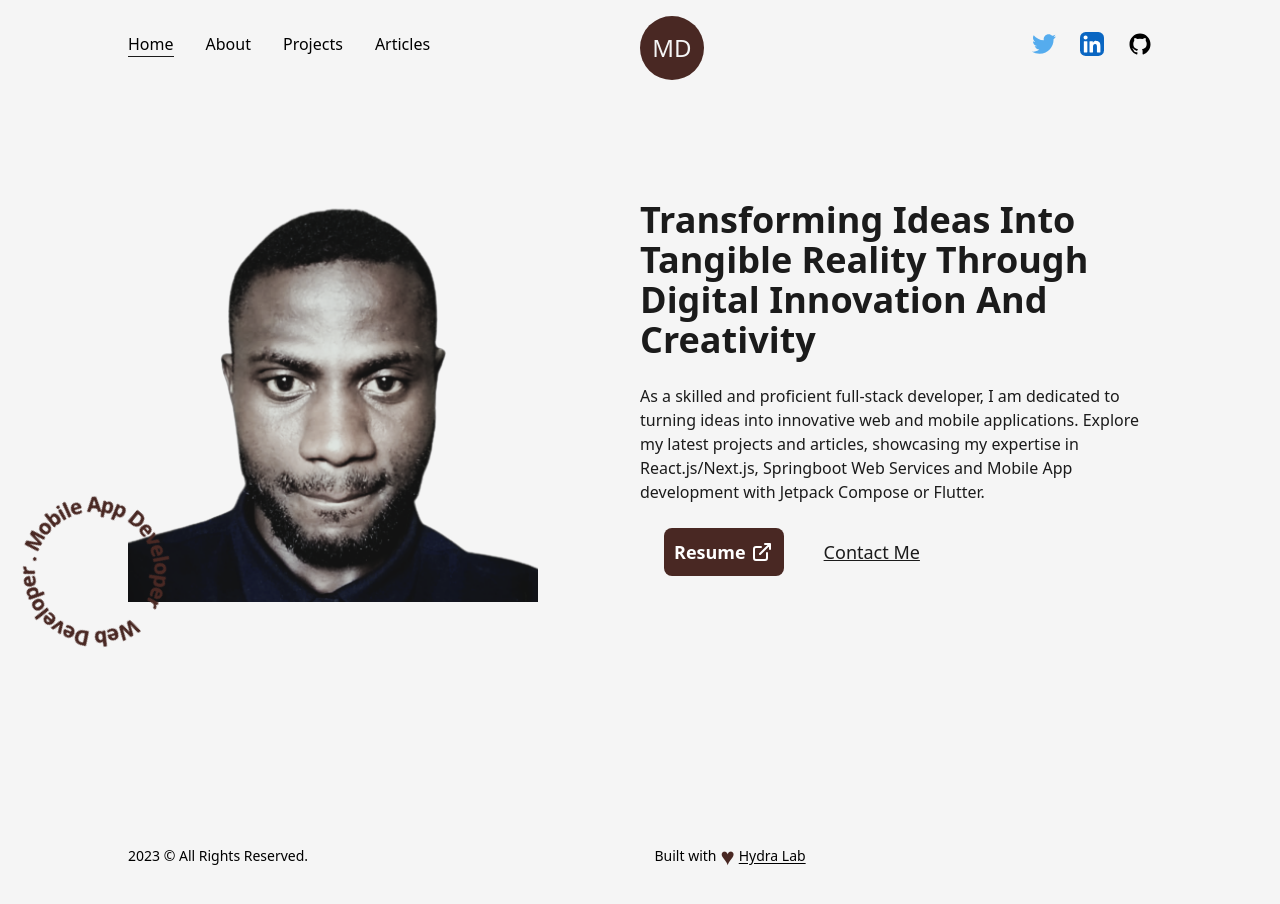
Repository: marcusdashe/situs
Page: /
An editor plug-in stored every save of this project. The page is shown before and after the next save, followed by the edit.
The browser window is 1280 px wide. The pictures show the whole page.
The project was rebuilt for these pictures with package versions that can differ from the ones it lists, and the page was loaded fresh each time. The framework's server and built-in components were replaced by stand-ins that run in the browser.

Above is the page before, as saved 2023-06-16 18:12:30.

### src/pages/_app.js
import Footer from "@/components/Footer";
import Navbar from "@/components/Navbar";
import "@/styles/globals.css";
import Head from "next/head";
// import { IBM_Plex_Sans } from "next/font/google";

// const ibm = IBM_Plex_Sans({
//   subsets: ["latin"],
//   variable: "--font-mont",
// });

export default function App({ Component, pageProps }) {
  return (
    <>
      <Head>
        <meta name="viewport" content="width=device-width, initial-scale=1" />
        <link rel="icon" href="/favicon.ico" />
      </Head>
      <main className={`  bg-light w-full min-h-screen`}>
        <Navbar />
        <Component {...pageProps} />
        <Footer />
      </main>
    </>
  );
}

### src/components/Footer.jsx
import React from "react";
import Layout from "./Layout";
import Link from "next/link";

const Footer = () => {
  return (
    <footer className="w-full border-t-1 border-solid border-primaryDark font-medium text-sm ">
      <Layout className="py-8 flex items-center justify-between">
        <span>{new Date().getFullYear()} &copy; All Rights Reserved.</span>
        <div className="flex items-center">
          Built with{" "}
          <span className="text-primaryDark text-2xl px-1">&hearts;</span>
          <Link href="/" className="underline underline-offset-2">
            Hydra Lab
          </Link>
        </div>
        <Link href="/"></Link>
      </Layout>
    </footer>
  );
};

export default Footer;

### src/components/Navbar.jsx
import React from "react";
import { useRouter } from "next/router";
import Link from "next/link";
import Logo from "./Logo";
import { TwitterIcon, GithubIcon, LinkedInIcon } from "./Icons";
import { motion } from "framer-motion";

const CustomLink = ({ href, title, className = "" }) => {
  const router = useRouter();

  return (
    <Link href={href} className={`${className} relative group`}>
      {title}
      <span
        className={`h-[1px] inline-block bg-dark absolute left-0 -bottom-0.5 group-hover:w-full transition-[width] ease duration-300 ${
          router.asPath === href ? "w-full" : "w-0"
        }`}
      >
        &nbsp;
      </span>
    </Link>
  );
};

const Navbar = () => {
  return (
    <header
      className="w-full px-32 py-8 font-medium
            flex items-center justify-between"
    >
      <nav>
        <CustomLink href="/" title="Home" className="mr-4" />
        <CustomLink href="/about" title="About" className="mx-4" />
        <CustomLink href="/projects" title="Projects" className="mx-4" />
        <CustomLink href="/articles" title="Articles" className="ml-4" />
      </nav>

      <nav className="flex items-center justify-center flex-wrap">
        <motion.a
          href="https://www.twitter.com/marcusdashe"
          target={"_blank"}
          whileHover={{
            y: -2,
          }}
          whileTap={{ scale: 0.9 }}
          className="w-6 mx-3"
        >
          <TwitterIcon className="" />
        </motion.a>
        <motion.a
          href="https://www.linkedin.com/in/marcus-dashe-15a088202"
          target={"_blank"}
          whileHover={{
            y: -2,
          }}
          whileTap={{ scale: 0.9 }}
          className="w-6 mx-3"
        >
          <LinkedInIcon />
        </motion.a>
        <motion.a
          href="https://www.github.com/marcusdashe"
          target={"_blank"}
          whileHover={{
            y: -2,
          }}
          whileTap={{ scale: 0.9 }}
          className="w-6 ml-3"
        >
          <GithubIcon />
        </motion.a>
      </nav>
      <div className="absolute left-[50%] top-2 translate-x-[-50]">
        <Logo />
      </div>
    </header>
  );
};

export default Navbar;

### src/styles/globals.css
@import url("https://fonts.googleapis.com/css2?family=IBM+Plex+Sans:ital,wght@0,100;0,200;0,300;1,100;1,200&family=Inter:wght@300;400;500;600;700;800;900&display=swap");

@tailwind base;
@tailwind components;
@tailwind utilities;

### src/components/Layout.jsx
import React from "react";

const Layout = ({ children, className = "" }) => {
  return (
    <div className={`${className} w-full inline-block z-0 bg-light p-32`}>
      {children}
    </div>
  );
};

export default Layout;

### src/components/AnimatedText.jsx
import React from "react";
import { motion } from "framer-motion";

const quote = {
  initial: {
    opacity: 1,
  },
  animate: {
    opacity: 1,
    transition: {
      delay: 0.5,
      staggerChildren: 0.08,
    },
  },
};

const singleWord = {
  initial: {
    opacity: 0,
    y: 50,
  },
  animate: {
    opacity: 1,
    y: 0,
    transition: {
      duration: 1,
    },
  },
};

const AnimatedText = ({ text, className = "" }) => {
  return (
    <div className="w-full mx-auto py-2 flex items-center justify-center text-center overflow-hidden ">
      <motion.h1
        className={`inline-block w-full text-dark font-bold capitalize text-4xl ${className}`}
        variants={quote}
        initial="initial"
        animate="animate"
      >
        {text.split(" ").map((word, index) => (
          <motion.span
            key={index}
            className="inline-block"
            variants={singleWord}
          >
            {word}&nbsp;
          </motion.span>
        ))}
      </motion.h1>
    </div>
  );
};

export default AnimatedText;

### src/components/HireMe.jsx
import React from "react";
import { CircularText } from "./Icons";

const HireMe = () => {
  return (
    <div className="fixed left-4 bottom-4 flex items-center justify-center overflow-hidden">
      <div className="w-48 h-auto flex items-center justify-center relative">
        <CircularText className="fill-primaryDark animate-spin-slow" />
      </div>
    </div>
  );
};

export default HireMe;

### src/components/Logo.jsx
"use client";

import React from "react";
import Link from "next/link";
import { motion } from "framer-motion";

const MotionLink = motion(Link);

const Logo = () => {
  return (
    <div className="flex items-center justify-center mt-2">
      <MotionLink
        href="/"
        className="w-16 h-16 bg-primaryDark text-light flex items-center
        justify-center rounded-full text-2xl  hover
      "
        whileHover={{
          scale: 1.5,
          backgroundColor: [
            "#121212",
            "rgba(131,58,180,1)",
            "rgba(253,29,29,1)",
            "rgba(252,176,69,1)",
            "rgba(131,58,180,1)",
            "#121212",
          ],
          transition: {
            duration: 1,
            repeat: Infinity,
          },
        }}
      >
        MD
      </MotionLink>
    </div>
  );
};

export default Logo;

### tailwind.config.js
/** @type {import('tailwindcss').Config} */
const { fontFamily } = require("tailwindcss/defaultTheme");

module.exports = {
  content: [
    // "./app/**/*.{js,ts,jsx,tsx,mdx}",
    // "./pages/**/*.{js,ts,jsx,tsx,mdx}",
    // "./components/**/*.{js,ts,jsx,tsx,mdx}",

    // Or if using `src` directory:
    "./src/**/*.{js,ts,jsx,tsx,mdx}",
  ],
  theme: {
    extend: {
      fontFamily: {
        // mont: ["var(--font-mont)", ...fontFamily.sans],
      },
      colors: {
        dark: "#1b1b1b",
        light: "#f5f5f5",
        primary: "#B63E96", // 240,86,199
        primaryDark: "#492823", // 80,230,217
      },
      animation: {
        "spin-slow": "spin 3s linear infinite",
      },
    },
  },
  plugins: [],
};

Loaded but not shown: src/pages/index.js (67 lines, source omitted); src/components/Icons.jsx (474 lines, source omitted)

After the next save:
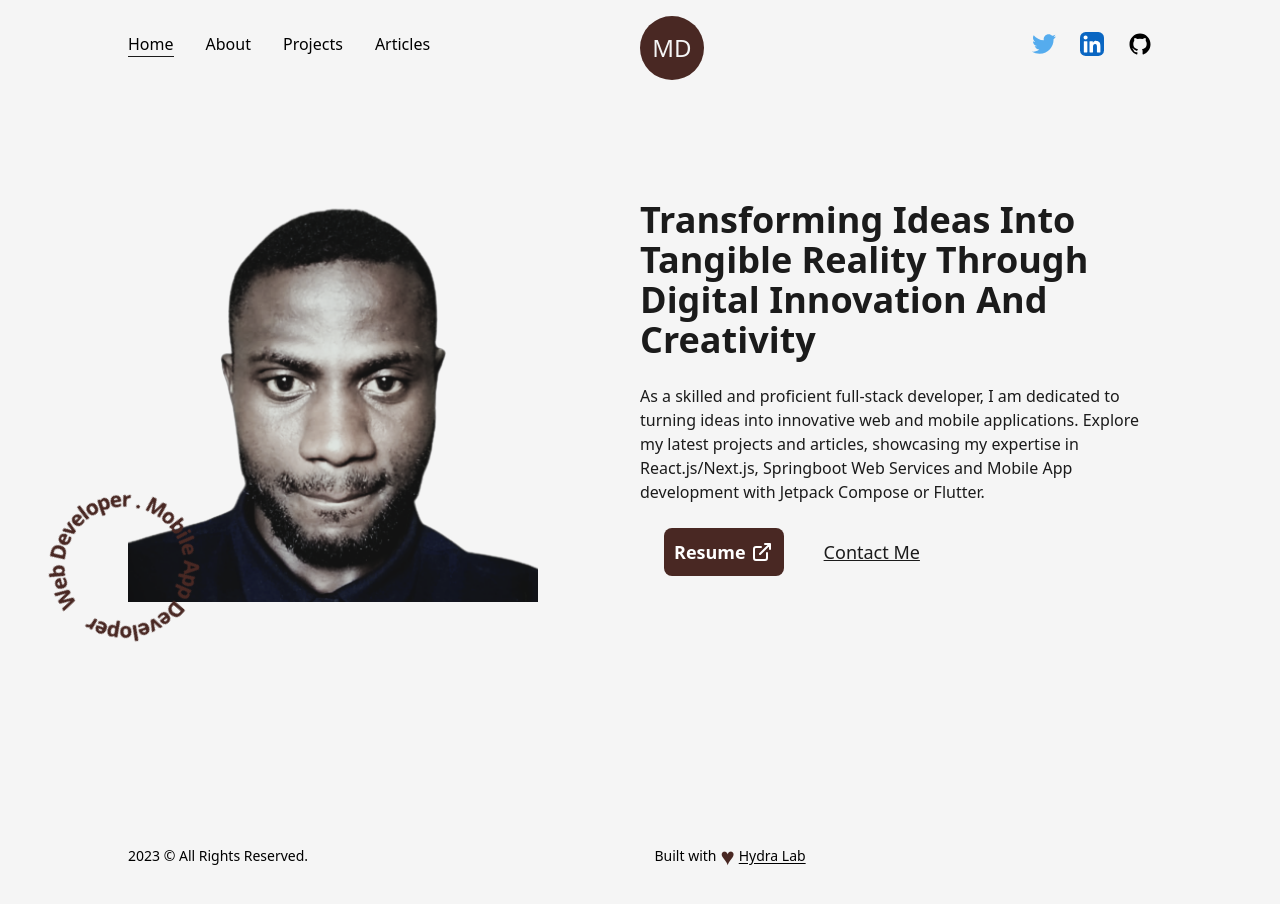
Saved 30 s later.
--- a/tailwind.config.js
+++ b/tailwind.config.js
@@ -22,7 +22,7 @@ module.exports = {
         primaryDark: "#492823", // 80,230,217
       },
       animation: {
-        "spin-slow": "spin 3s linear infinite",
+        "spin-slow": "spin 5s linear infinite",
       },
     },
   },
